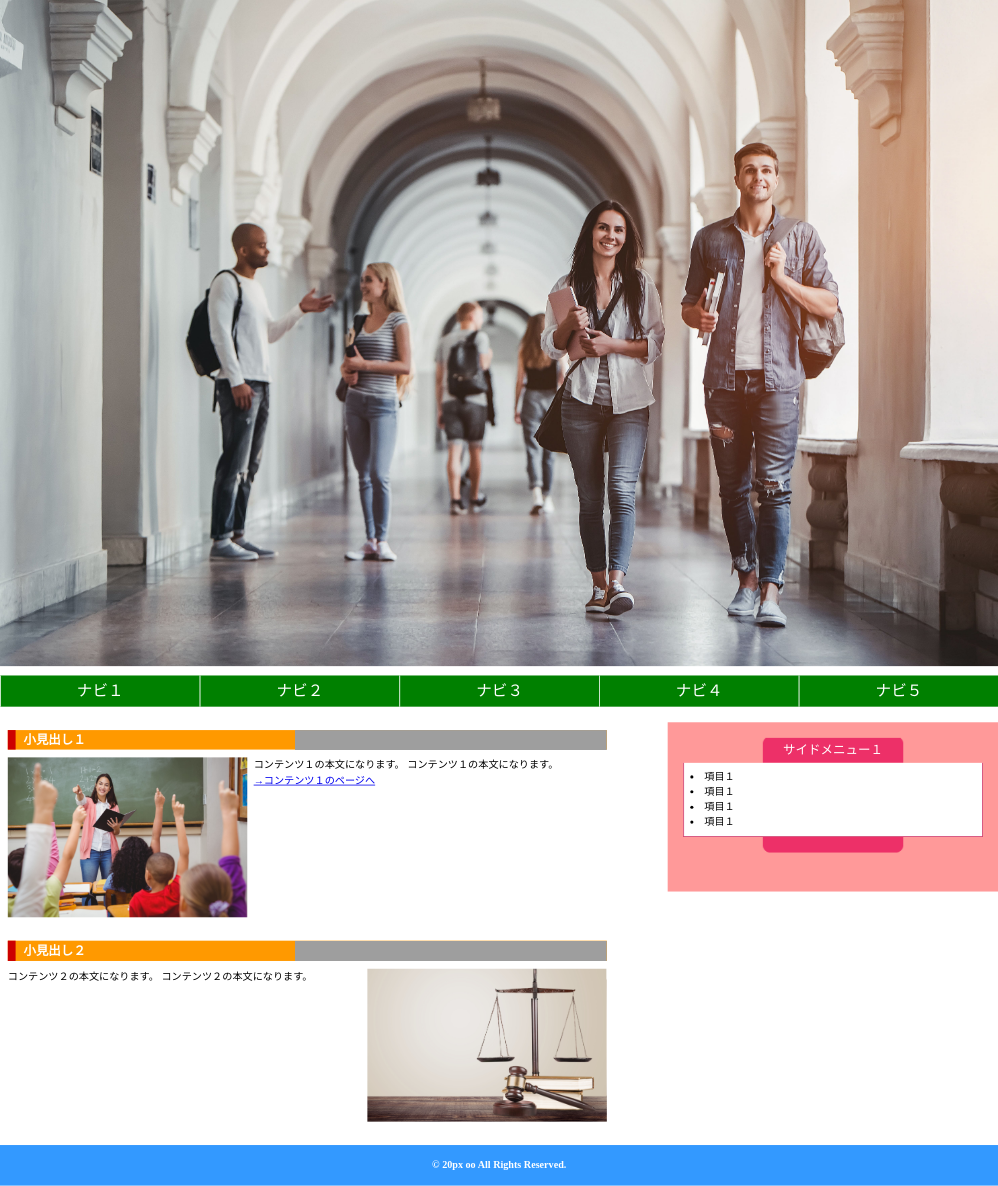
Repository: masami-a/samurai_HTML-CSS
Page: home.html
The author's editor kept a record of every edit. The page is drawn from the files as they stood at one moment, then again after the next edit.
The browser window is 1280 px wide. The pictures show the whole page, at 78% of full size.
Pictures or frames that could not be fetched are drawn as grey boxes.

Above is the page before.

After the next edit:
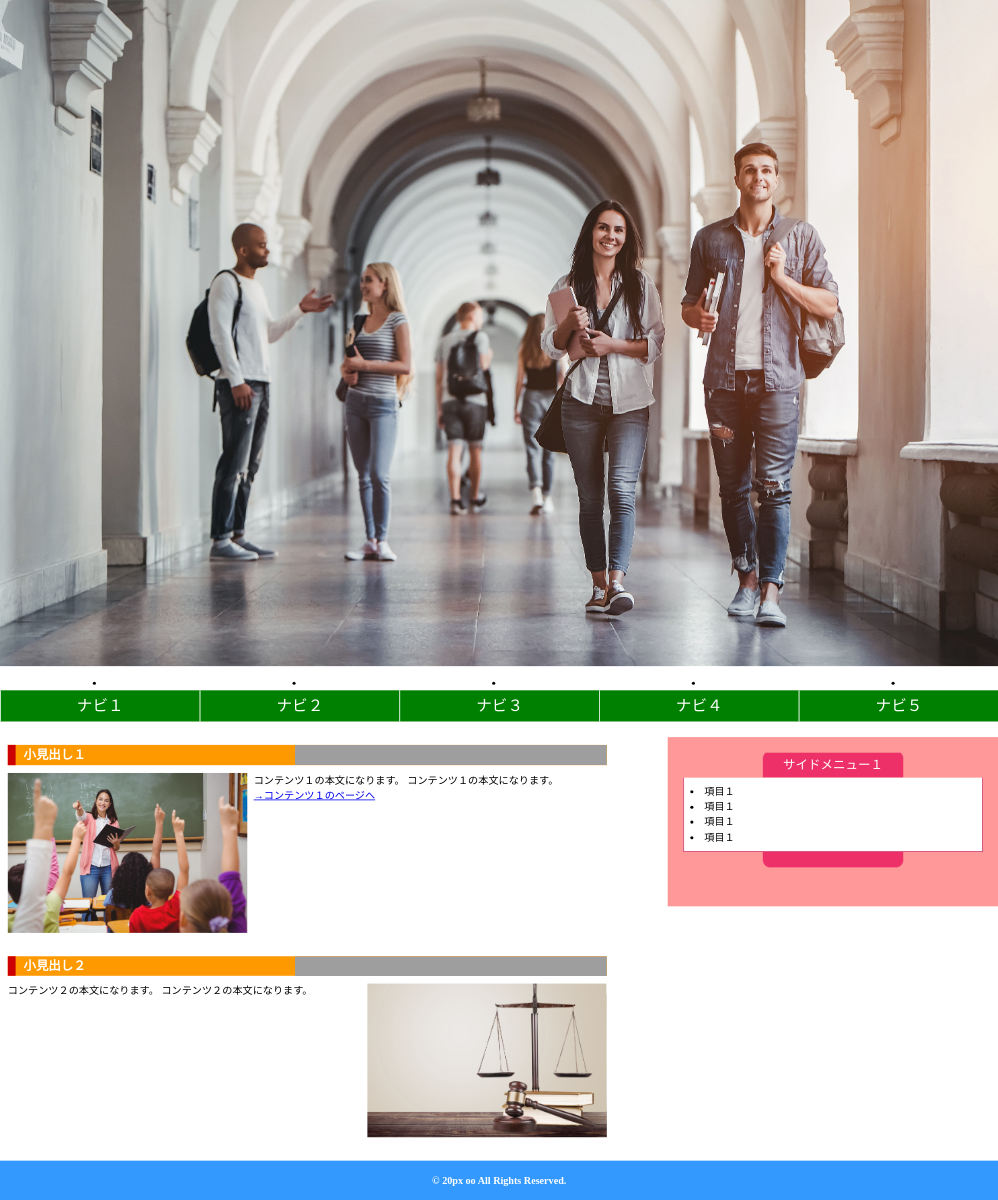
The edit:
--- a/stylesheet.css
+++ b/stylesheet.css
@@ -48,7 +48,7 @@
 #nav{
     width: 100%;
 }
-#nav u1{
+#nav ul{
     margin: 0;
     padding: 0;
     list-style-type: none;
